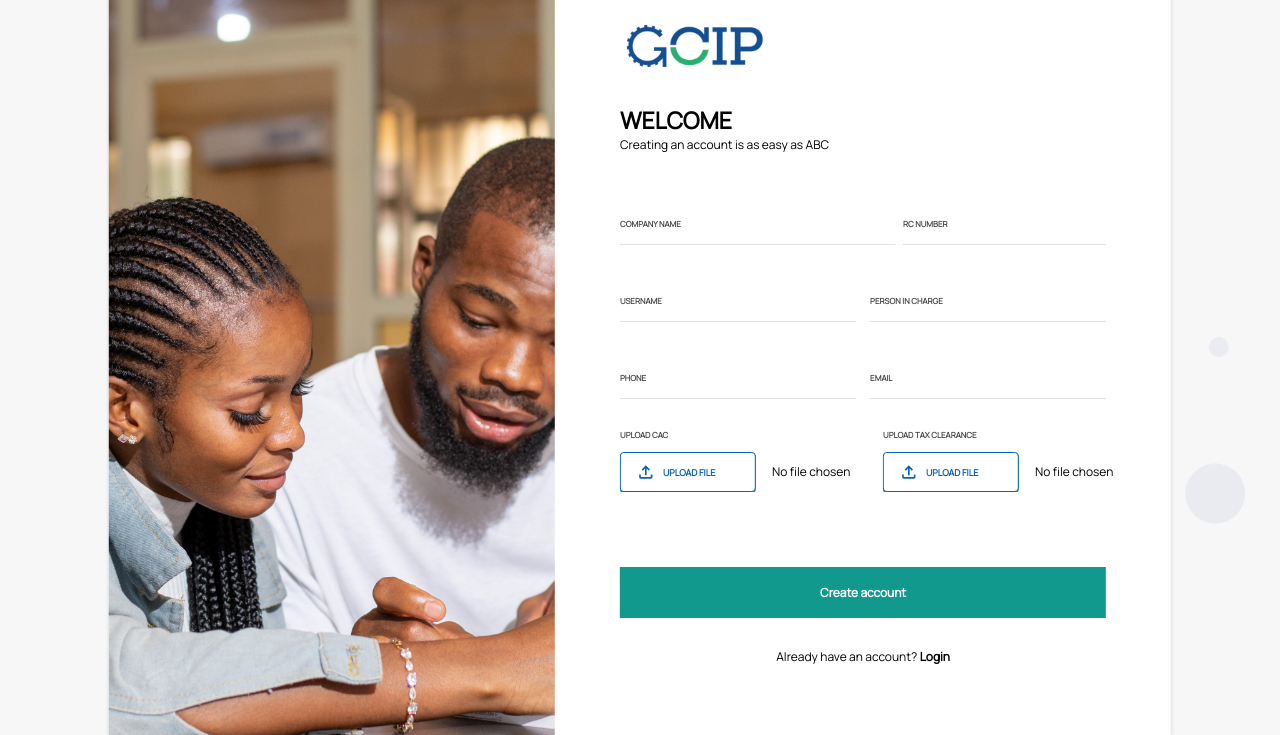
Repository: mualiyu/GCIP-Applicant-Portal
Page: /signup
An editor plug-in stored every save of this project. The page is shown before and after the next save, followed by the edit.
The browser window is 1280 px wide. The pictures show the whole page.
The project was rebuilt for these pictures with package versions that can differ from the ones it lists, and the page was loaded fresh each time. Also part of the build but not shown: vite.config.ts, src/pages/styles/login.css, src/components/Common.tsx, src/components/styles/input.css, src/components/Input.tsx, src/components/styles/button.css, src/assets/Colors/Colors.ts, src/components/Button.tsx and 83 more.

Above is the page before, as saved 2024-03-13 05:44:54.

After the next save:
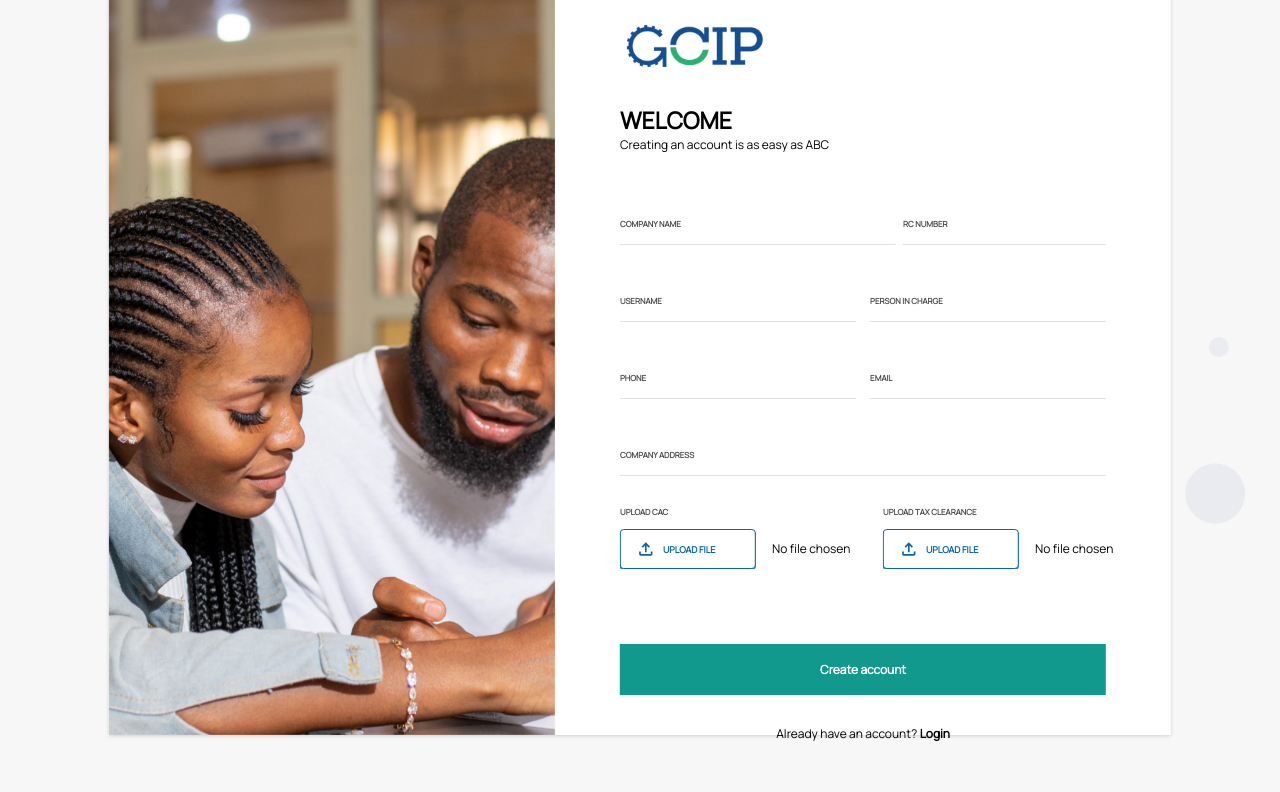
Saved 101 s later.
--- a/src/pages/SignUp.tsx
+++ b/src/pages/SignUp.tsx
@@ -184,6 +184,21 @@ function Login() {
                             </div>
                         </div>
 
+                        <div className="form__group__register field col-12">
+                <input
+                  type="input"
+                  className="form__field"
+                  placeholder="100 Main street..."
+                  value={formik.values.address}
+                  name="address"
+                  onChange={formik.handleChange}
+                  required
+                />
+                <label className="form__label">
+                  Company address
+                </label>
+              </div>
+
 
                         <div className="flex">
                             <div className="form__group__register field col-12 mr-sm">
